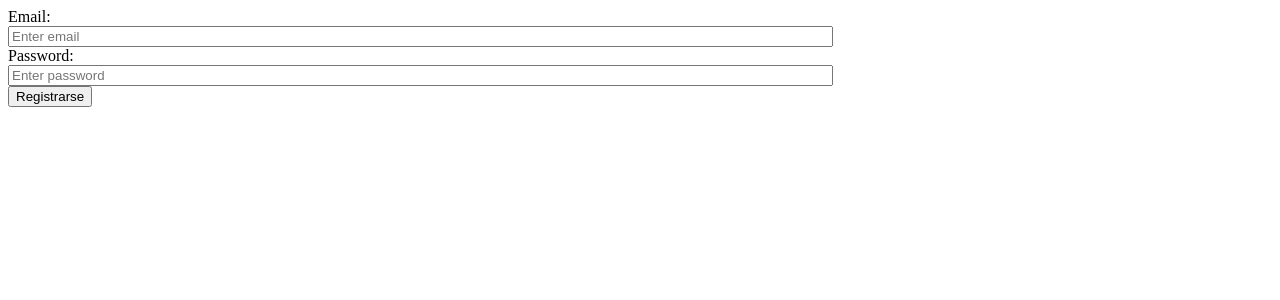
Repository: Adriansen8/GamerArts
Page: http://localhost/html/registro.php
An editor plug-in stored every save of this project. The page is shown before and after the next save, followed by the edit.
The browser window is 1280 px wide. The pictures show the whole page.
The page is run by PHP 8.4 with error messages shown; the project is at /var/www/html/.

Above is the page before, as saved 2016-03-22 11:10:59.

### Proyecto/html/registro.php
<!DOCTYPE html>


<?php


?>
  <div id="formularioRegistro">
    <form class="form-horizontal" role="form">
      <div class="form-group">
        <label class="control-label col-sm-2" for="email">Email:</label>
        <div class="col-sm-4">
          <input type="email" size="100" class="form-control" id="email" placeholder="Enter email">
        </div>
      </div>
      <div class="form-group">
        <label class="control-label col-sm-2" for="pwd">Password:</label>
        <div class="col-sm-4">
          <input type="password" size="100" class="form-control" id="pwd" placeholder="Enter password">
        </div>
      </div>
      <div class="form-group">
        <div class="col-sm-offset-2 col-sm-10">
          <button type="submit" class="btn btn-default">Registrarse</button>
        </div>
      </div>
    </form>
  </div>

After the next save:
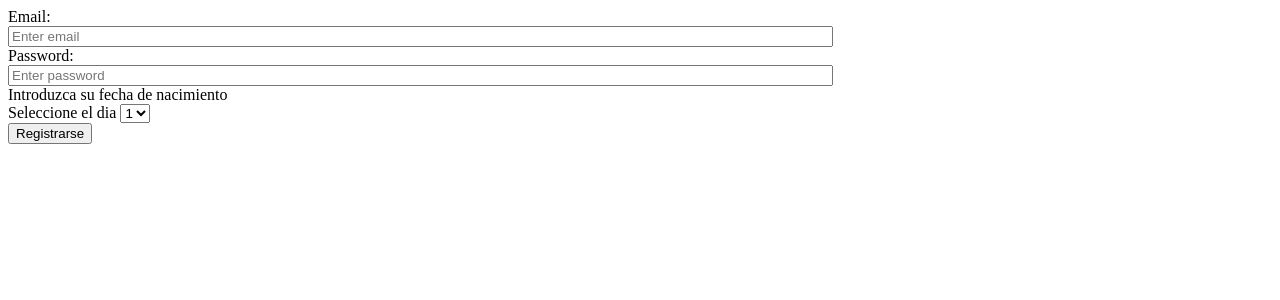
Saved 8 min 28 s later.
--- a/Proyecto/html/registro.php
+++ b/Proyecto/html/registro.php
@@ -20,6 +20,18 @@
         </div>
       </div>
       <div class="form-group">
+        <label class="control-label col-sm-2" for="pwd">Introduzca su fecha de nacimiento</label>
+      </div>
+      <div class="form-group">
+	      <label for="sel1">Seleccione el dia</label>
+	      <select class="form-control" id="sel1">
+	        <option>1</option>
+	        <option>2</option>
+	        <option>3</option>
+	        <option>4</option>
+	      </select>
+      </div>
+      <div class="form-group">
         <div class="col-sm-offset-2 col-sm-10">
           <button type="submit" class="btn btn-default">Registrarse</button>
         </div>
